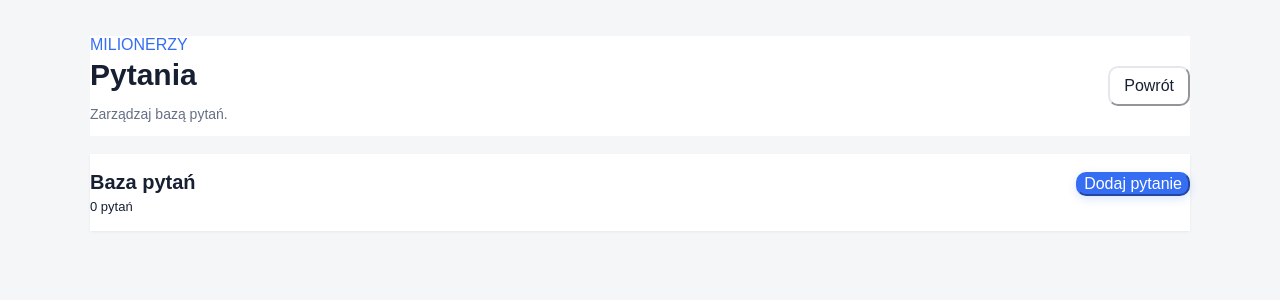
Repository: WaleonGames/HTGMilionerzy
Page: views/questions.html
These files come from the project's save history. The page is drawn as it stood at one moment and after the next save; the edit follows.
The browser window is 1280 px wide. The pictures show the whole page.

Above is the page before, as saved 2026-09-05 15:44:44.
Console error: TypeError: Cannot read properties of undefined (reading 'questions')

After the next save:
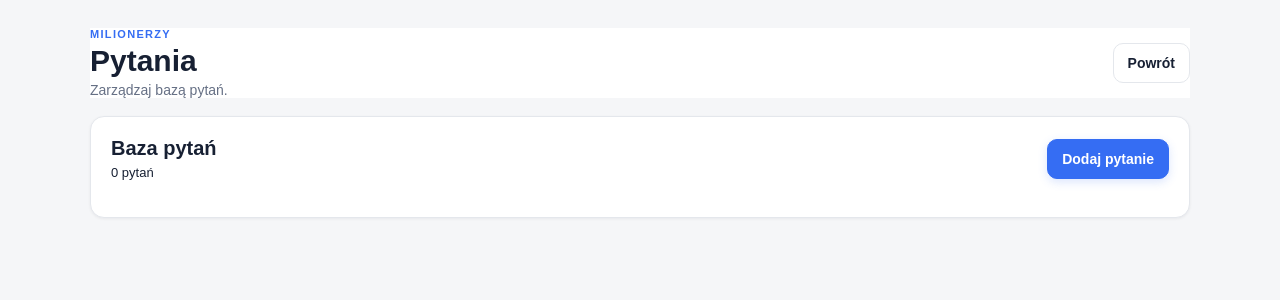
Saved 7 s later.
--- a/views/questions.html
+++ b/views/questions.html
@@ -4,7 +4,7 @@
   <meta charset="UTF-8">
   <meta name="viewport" content="width=device-width,initial-scale=1.0">
   <title>Milionerzy - Pytania</title>
-  <link rel="stylesheet" href="../public/css/questions.css">
+  <link rel="stylesheet" href="../public/css/style.css">
   <link rel="stylesheet" href="../public/css/design.css">
 </head>
 <body>
